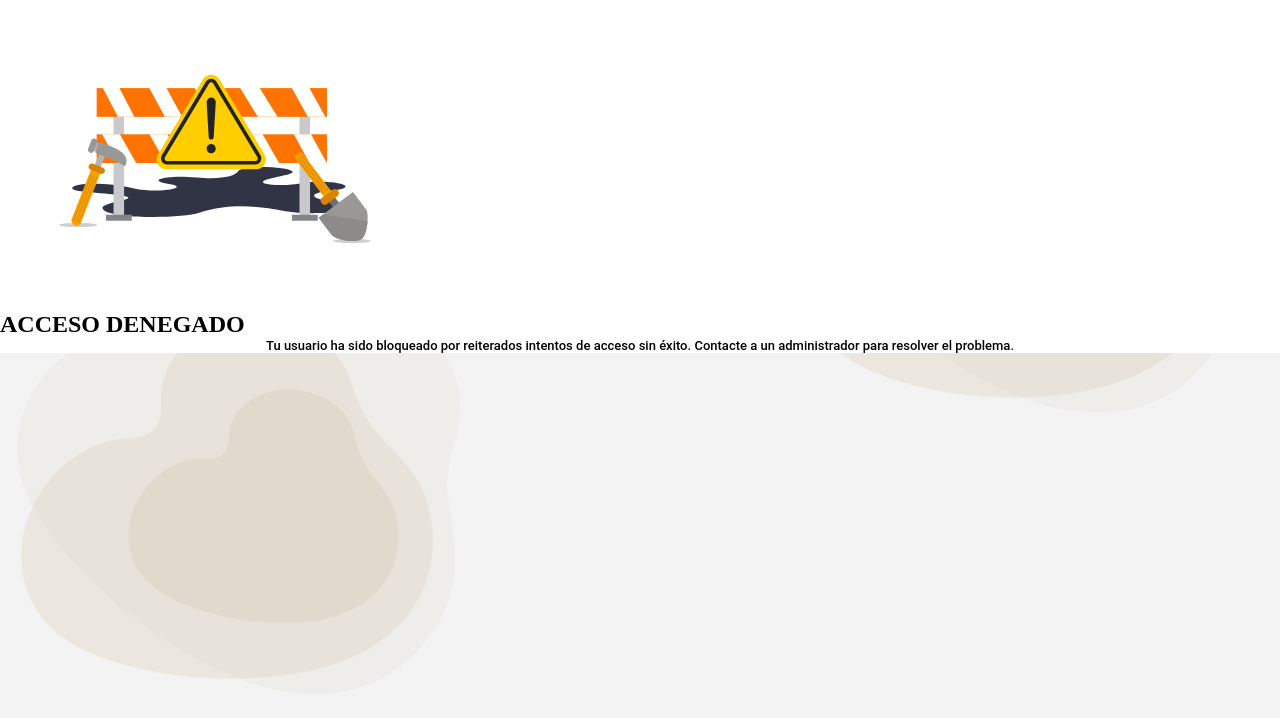
Repository: AlejandraBarrachina23/TPIntegrador_Barrachina_Java
Page: http://localhost/Alejandra_Barrachina_TP_Integrador1/error404.jsp
An editor plug-in stored every save of this project. The page is shown before and after the next save, followed by the edit.
The browser window is 1280 px wide. The pictures show the whole page.
Some web libraries are served in a nearby version. The page is served by Tomcat 9. Nobody is signed in. The application's start-up code is not run.

Above is the page before, as saved 2019-12-04 22:03:46.

After the next save:
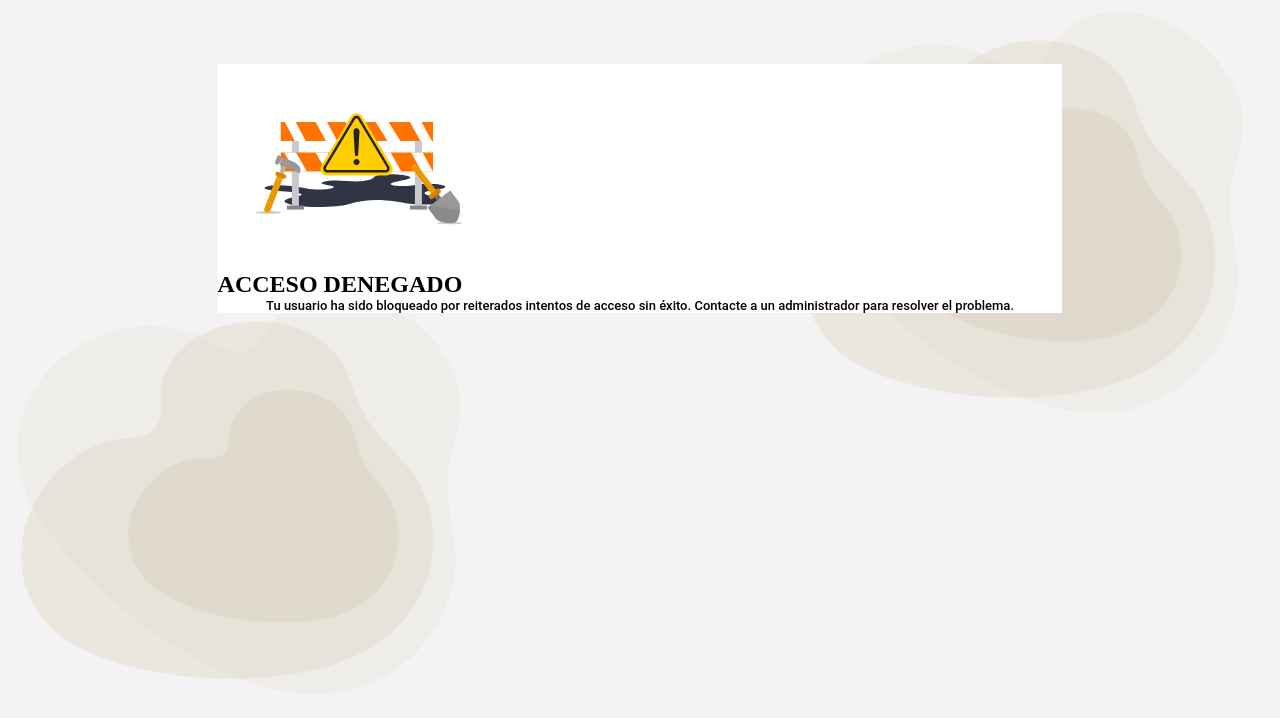
Saved 13 s later.
--- a/Alejandra_Barrachina_TP_Integrador1/WebContent/estilos.css
+++ b/Alejandra_Barrachina_TP_Integrador1/WebContent/estilos.css
@@ -25,6 +25,7 @@ body {
  	background-color:#fff;
  	width:65;
  	heigth:750px;
+ 	margin	: 5% 17%;
  }
 
  #form-login {
